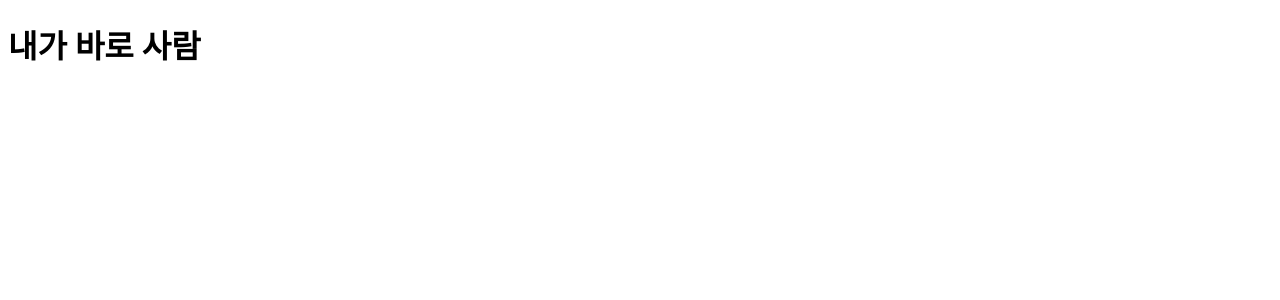
Repository: kkw2758/Front-end
Page: http://localhost/spring_day01/saram/list
An editor plug-in stored every save of this project. The page is shown before and after the next save, followed by the edit.
The browser window is 1280 px wide. The pictures show the whole page.
The page is served by Tomcat 9. Other server files are loaded and not shown.

Above is the page before, as saved 2023-02-24 07:23:17.

### backend_work/JAVA/day01/spring_day01/src/main/webapp/WEB-INF/views/saram/list.jsp
<%@ page language="java" contentType="text/html; charset=UTF-8"
    pageEncoding="UTF-8"%>
<!DOCTYPE html>
<html>
<head>
<meta charset="UTF-8">
<title>saram list</title>
</head>
<body>
	<h1>내가 바로 사람</h1>
</body>
</html>

After the next save:
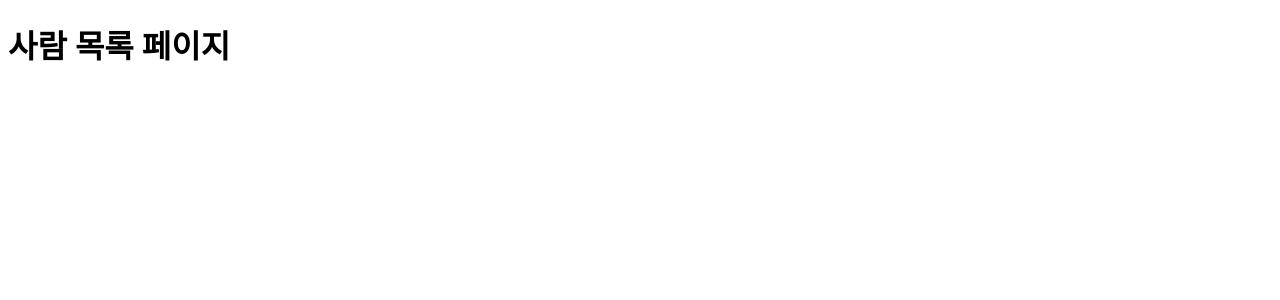
Saved 77 s later.
--- a/backend_work/JAVA/day01/spring_day01/src/main/webapp/WEB-INF/views/saram/list.jsp
+++ b/backend_work/JAVA/day01/spring_day01/src/main/webapp/WEB-INF/views/saram/list.jsp
@@ -7,6 +7,6 @@
 <title>saram list</title>
 </head>
 <body>
-	<h1>내가 바로 사람</h1>
+	<h1>사람 목록 페이지</h1>
 </body>
 </html>
